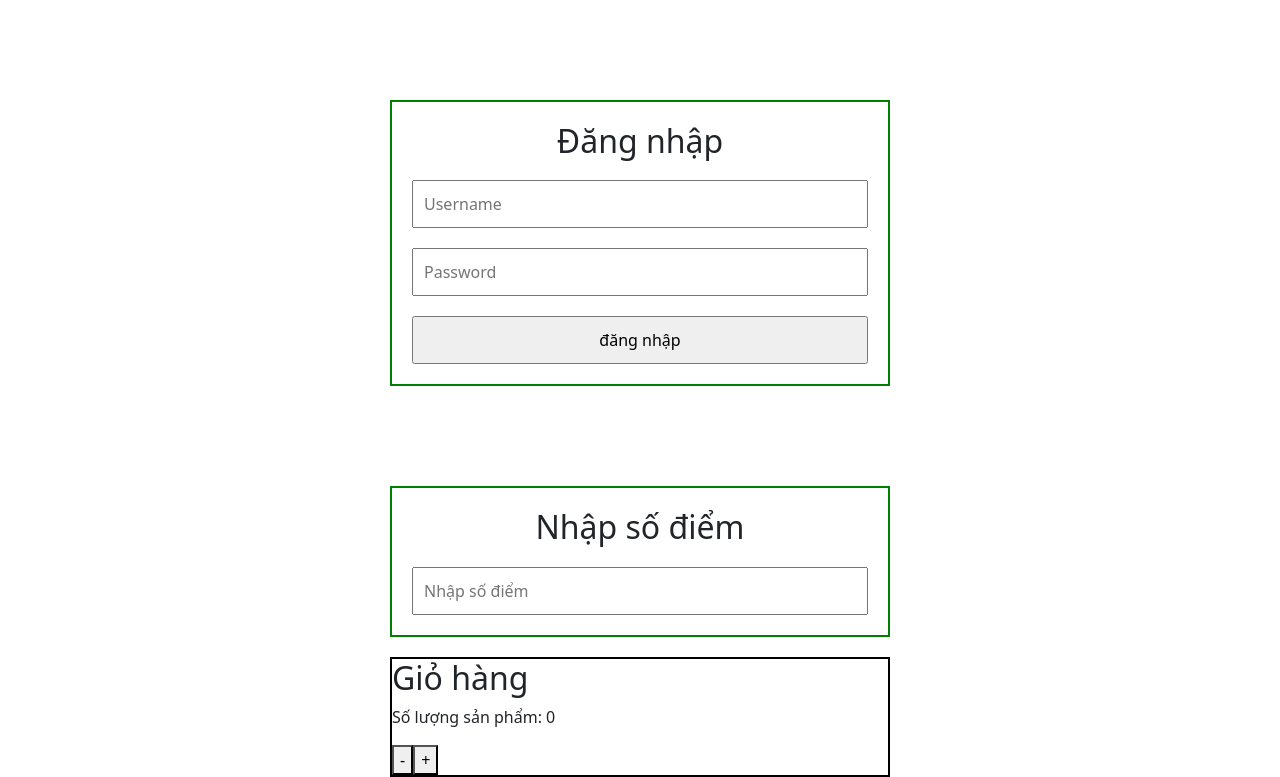
Repository: Phong-poor/frontendframework
Page: / (app in vue-lab-asm/)
The author's editor kept a copy of each file at every save. The page is drawn from the files as they stood at one save, then again after a run of saves.
The browser window is 1280 px wide. The pictures show the whole page.
The project was rebuilt for these pictures with package versions that can differ from the ones it lists, and the page was loaded fresh each time. Also part of the build but not shown: vue-lab-asm/vite.config.js, vue-lab-asm/src/components/Lab1.vue, vue-lab-asm/src/components/product.vue, vue-lab-asm/src/components/Dangnhap.vue, vue-lab-asm/src/components/NotFound.vue, vue-lab-asm/src/components/Dangky.vue, vue-lab-asm/src/components/admin.vue, vue-lab-asm/src/components/admin-category.vue.

Above is the page before, as saved 2025-10-07 18:46:06.

After the next 11 saves:
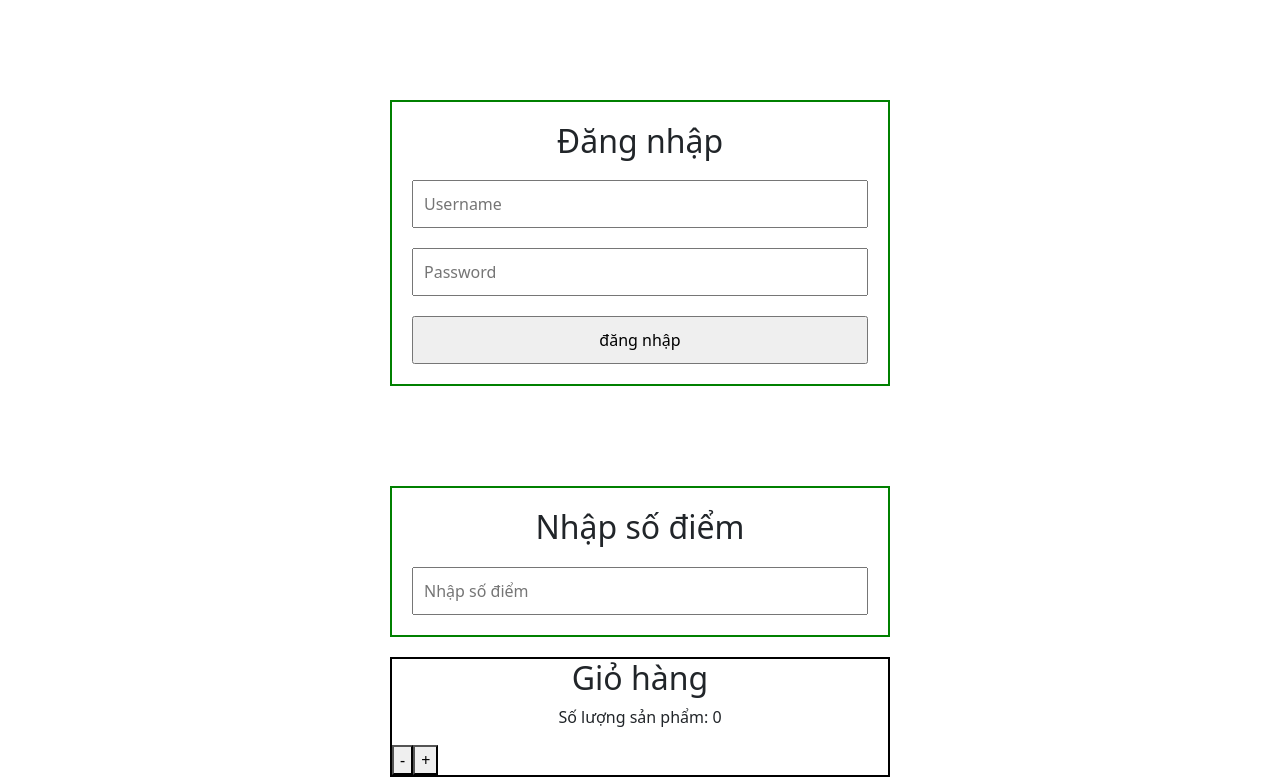
The 11 saves are shown as one change because 1 did not build or start and some came seconds apart.
The last was saved 32 s later.
--- a/vue-lab-asm/src/components/Lab2.vue
+++ b/vue-lab-asm/src/components/Lab2.vue
@@ -108,6 +108,12 @@ form h2{
     width: 500px;
 }
 .Giohang h2{
+    text-align: center;
+}
+.Giohang p{
+    text-align: center;
+}
+.Giohang button{
 
 }
 </style>
